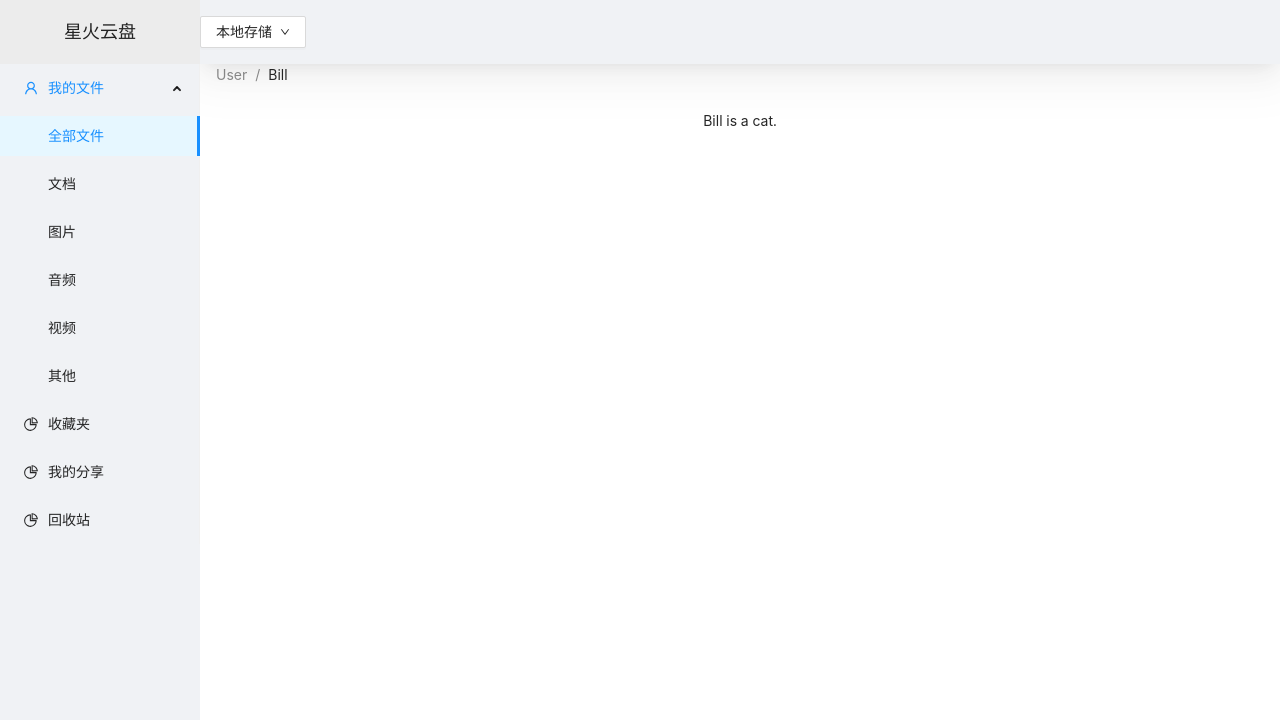
Repository: xstnet/starfire-cloud-fe
Page: /
An editor plug-in stored every save of this project. The page is shown before and after the next save, followed by the edit.
The browser window is 1280 px wide. The pictures show the whole page.
The project was rebuilt for these pictures with package versions that can differ from the ones it lists, and the page was loaded fresh each time. Also part of the build but not shown: craco.config.js.

Above is the page before, as saved 2021-09-12 22:01:57.

### src/index.js
import React from 'react';
import ReactDOM from 'react-dom';
import './index.css';
import App from './App';
import reportWebVitals from './reportWebVitals';

// ReactDOM.render(
//   <React.StrictMode>
//     <App />
//   </React.StrictMode>,
//   document.getElementById('root')
// );

ReactDOM.render(
  <App />,
  document.getElementById('root')
);

// If you want to start measuring performance in your app, pass a function
// to log results (for example: reportWebVitals(console.log))
// or send to an analytics endpoint. Learn more: https://bit.ly/CRA-vitals
reportWebVitals();

### src/App.js
import React from 'react';
// import { Button } from 'antd';
import './App.css';
import MainLayout from './page/layout/main'

const App = () => (
  <div className="App">
    <MainLayout></MainLayout>
  </div>
);

export default App;

### src/page/layout/main.jsx
import React from 'react';
import { Layout, Menu, Breadcrumb,Dropdown,Button,message } from 'antd';
import {
  PieChartOutlined,
  UserOutlined,
  DownOutlined,
} from '@ant-design/icons';
import './main.less';

const { Header, Content, Sider } = Layout;
const { SubMenu } = Menu;

const menu = (
    <Menu >
      <Menu.Item key="1">
        本地存储
      </Menu.Item>
      <Menu.Item key="2">
        阿里云OSS
      </Menu.Item>
      <Menu.Item key="3">
        腾讯云OSS
      </Menu.Item>
    </Menu>
  );

class MainLayout extends React.Component {
  state = {
    collapsed: false,
  };


  render() {
    const { collapsed } = this.state;
    return (
      <Layout className="main" style={{ minHeight: '100vh' }}>
        <Sider className="side-left" theme="light" >
          <div className="logo">
              星火云盘
          </div>
          <Menu defaultSelectedKeys={['all']} defaultOpenKeys={["my-file"]} mode="inline">
            <SubMenu key="my-file" icon={<UserOutlined />} title="我的文件">
              <Menu.Item key="all">全部文件</Menu.Item>
              <Menu.Item key="doc">文档</Menu.Item>
              <Menu.Item key="imgage">图片</Menu.Item>
              <Menu.Item key="audio">音频</Menu.Item>
              <Menu.Item key="video">视频</Menu.Item>
              <Menu.Item key="other">其他</Menu.Item>
            </SubMenu>
            <Menu.Item key="favorite" icon={<PieChartOutlined />}>
              收藏夹
            </Menu.Item>
            <Menu.Item key="share" icon={<PieChartOutlined />}>
              我的分享
            </Menu.Item>
            <Menu.Item key="recycle" icon={<PieChartOutlined />}>
              回收站
            </Menu.Item>
          </Menu>
        </Sider>
        <Layout className="side-right">
          <Header className="header">
            <Dropdown overlay={menu}>
                <Button>
                    本地存储 <DownOutlined />
                </Button>
            </Dropdown>
          </Header>
          <Breadcrumb className="bread-crumb">
              <Breadcrumb.Item>User</Breadcrumb.Item>
              <Breadcrumb.Item>Bill</Breadcrumb.Item>
          </Breadcrumb>
          <Content className="content">
            <div  style={{ padding: 24, minHeight: 360 }}>
              Bill is a cat.
            </div>
          </Content>
        </Layout>
      </Layout>
    );
  }
}

export default MainLayout;

### src/page/layout/main.less
@import '~antd/lib/style/themes/default.less';

@sideColor : #f0f2f5;


  .main {
    .side-left {
      background: @sideColor;

      .logo {
        height: 64px;
        line-height: 64px;
        text-align: center;
        font-size: 18px;
        background-color: #ececec;
      }

      .ant-menu {
        background-color: @sideColor;
      }
    }

    .side-right {
      background-color: white;

      .header {
        background: @sideColor;
        padding: 0;
        box-shadow: @shadow-1-down;
        text-align: left;
      }

      .content {
        margin: 0 16px;
      }

      .bread-crumb {
        margin: 0 16px;
      }
    }
  }

Loaded but not shown: public/index.html (common file); src/index.css (common file); src/reportWebVitals.js (common file); src/App.css (common file)

After the next save:
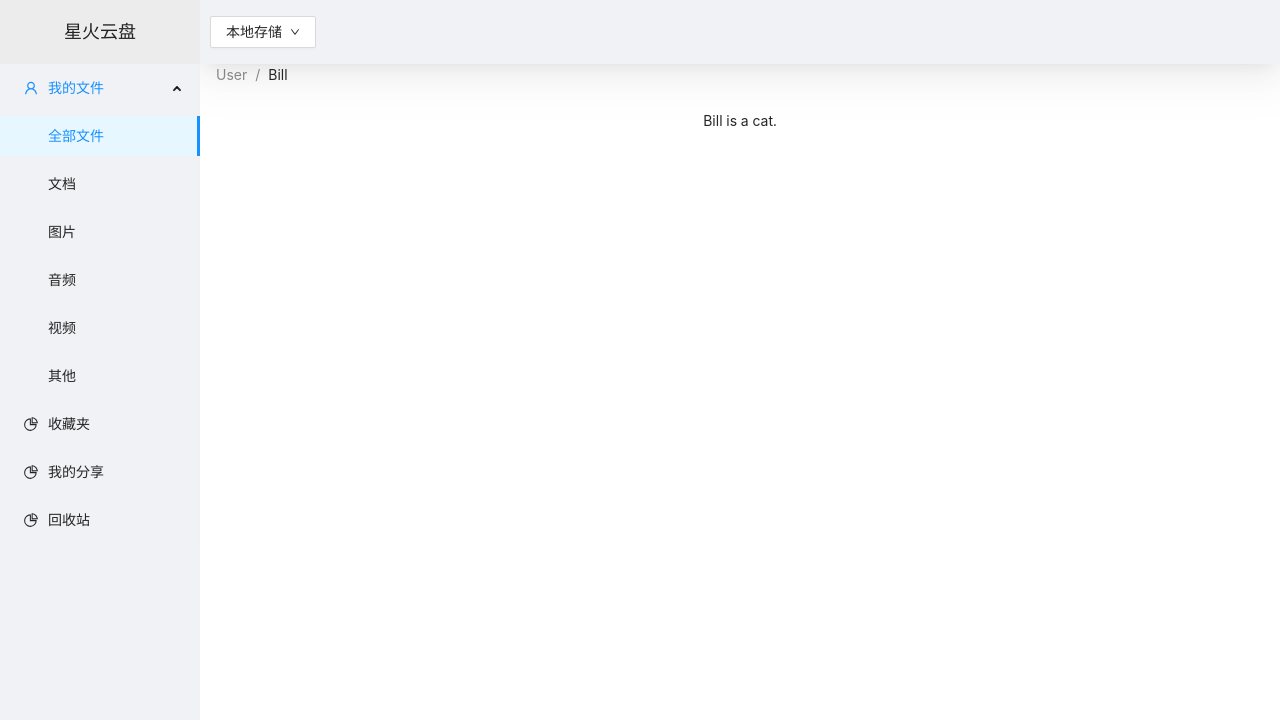
Saved 20 s later.
--- a/src/page/layout/main.less
+++ b/src/page/layout/main.less
@@ -25,7 +25,7 @@
 
       .header {
         background: @sideColor;
-        padding: 0;
+        padding: 0 10px;
         box-shadow: @shadow-1-down;
         text-align: left;
       }
